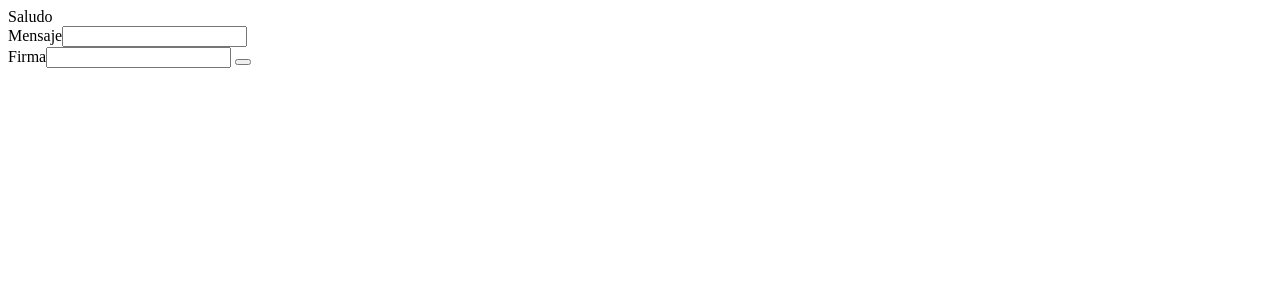
Repository: juvaga2000/eclipsetemp
Page: EjerciciosT1/src/main/webapp/ejer1B.html
These files come from the project's save history. The page is drawn as it stood at one moment and after the next save; the edit follows.
The browser window is 1280 px wide. The pictures show the whole page.

Above is the page before, as saved 2022-10-03 10:49:04.

### EjerciciosT1/src/main/webapp/ejer1B.html
<html>
<head>
<meta charset="ISO-8859-1">
<title>Insert title here</title>
</head>
<body>
Saludo
<form action="ejer1HolaMundoB" method="post">
	Mensaje<input type="text"><br>
	Firma<input type="text">
	<button type="submit">
</form>
</body>
</html>

After the next save:
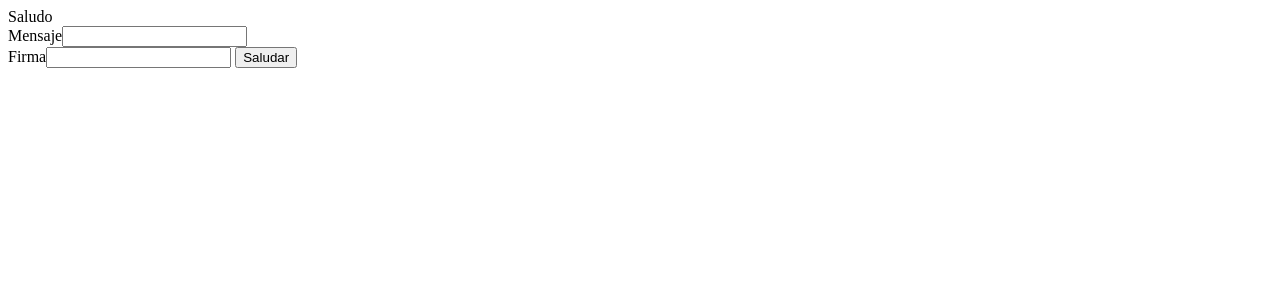
Saved 48 s later.
--- a/EjerciciosT1/src/main/webapp/ejer1B.html
+++ b/EjerciciosT1/src/main/webapp/ejer1B.html
@@ -8,7 +8,7 @@ Saludo
 <form action="ejer1HolaMundoB" method="post">
 	Mensaje<input type="text"><br>
 	Firma<input type="text">
-	<button type="submit">
+	<input type="submit" name="button1" value="Saludar" />
 </form>
 </body>
 </html>
